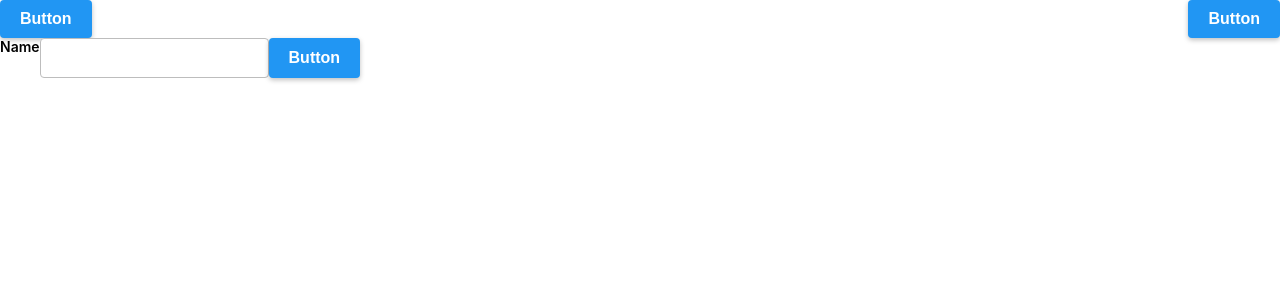
Repository: roistyx/react
Page: /layouts (app in layouts-app/)
These files come from the project's save history. The page is drawn as it stood at one moment and after the next save; the edit follows.
The browser window is 1280 px wide. The pictures show the whole page.
The project was rebuilt for these pictures with package versions that can differ from the ones it lists, and the page was loaded fresh each time.

Above is the page before, as saved 2023-04-26 22:29:08.

### layouts-app/src/App.js
import React from 'react';
import { Between } from './components/Line';
import { Btn } from './elements/Btn';
import { AlignCenter } from './components/Line';
import MyCustomizedTextField from './elements/TextField';

export default function App() {
	return (
		<div>
			<Between>
				<Btn>Button</Btn>
				<Btn>Button</Btn>
			</Between>
			<AlignCenter>
				<MyCustomizedTextField />
			</AlignCenter>
		</div>
	);
}

### layouts-app/src/components/Line.js
import './Line.css';
import React from 'react';
import { Btn } from '../elements/Btn.js';

export const Line = ({ children, addClass }) => {
	return <div className={`Line ${addClass || ''}`}>{children}</div>;
};

export const Between = (props) => {
	return <Line {...props} addClass="between" />;
};

export const Rows = (props) => {
	return <Line {...props} addClass="rows" />;
};

export const AlignStart = ({ children }) => {
	return <div className="AlignStart">{children}</div>;
};

export const AlignCenter = ({ children }) => {
	return <div className="AlignCenter">{children}</div>;
};

### layouts-app/src/elements/Btn.js
import { Button } from '@mui/material';
import './Btn.css';
export const Btn = ({ children }) => {
	return (
		<button class="Btn">
			<span>{children}</span>{' '}
		</button>
		// <Button variant="contained" color="primary">
		// 	{' '}
		// 	<span>{children}</span>{' '}
		// </Button>
	);
};

### layouts-app/src/elements/TextField.js
import '../elements/TextField.css';
import React from 'react';
import { Btn } from '../elements/Btn.js';
import { TextField } from '@mui/material';

const MyCustomizedTextField = () => {
	return (
		<div>
			<form class="text-field">
				<label for="name">Name</label>
				<input type="text" id="name" name="name" />
				<Btn>Button</Btn>
			</form>
		</div>
	);
};

export default MyCustomizedTextField;

### layouts-app/src/components/Line.css
.Line {
	display: flex;
	gap: var(--gap);
	height: 100%;
	align-items: center;
}

.Line.between {
	justify-content: space-between;
}

.Line.rows {
	flex-direction: column;
	align-items: stretch;
}

.AlignStart {
	align-self: flex-start;
}

.AlignCenter {
	align-self: flex-end;
}

### layouts-app/src/elements/Btn.css
.Btn {
	display: inline-block;
	padding: 10px 20px;
	font-size: 16px;
	font-weight: 600;
	text-align: center;
	text-decoration: none;
	background-color: #2196f3;
	color: #fff;
	border-radius: 4px;
	border: none;
	cursor: pointer;
	box-shadow: 0px 2px 5px rgba(0, 0, 0, 0.25);
	transition: background-color 0.3s ease;
}
.Btn:hover {
	background-color: #0d6ec3;
}

### layouts-app/src/elements/TextField.css
.text-field {
	display: flex;
	flex-direction: row;
	margin-bottom: 20px;
}

.text-field label {
	font-size: 14px;
	font-weight: 600;
	margin-bottom: 5px;
}

.text-field input {
	padding: 10px;
	font-size: 16px;
	border-radius: 4px;
	border: 1px solid #bdbdbd;
	transition: border-color 0.3s ease;
}
.text-field input:focus {
	outline: none;
	border-color: #2196f3;
}

Loaded but not shown: layouts-app/public/index.html (common file); layouts-app/src/index.js (common file); layouts-app/src/index.css (common file); layouts-app/src/reportWebVitals.js (common file)

After the next save:
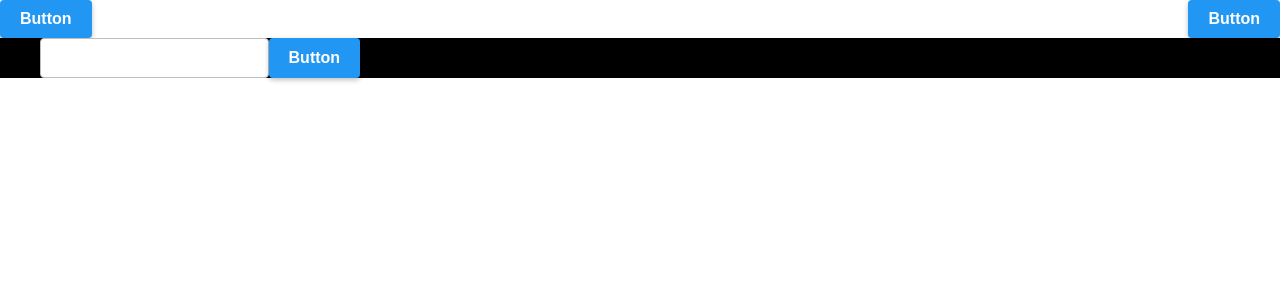
Saved 37 s later.
--- a/layouts-app/src/components/Line.css
+++ b/layouts-app/src/components/Line.css
@@ -20,4 +20,5 @@
 
 .AlignCenter {
 	align-self: flex-end;
+	background-color: black;
 }

After the 2 saves that followed:
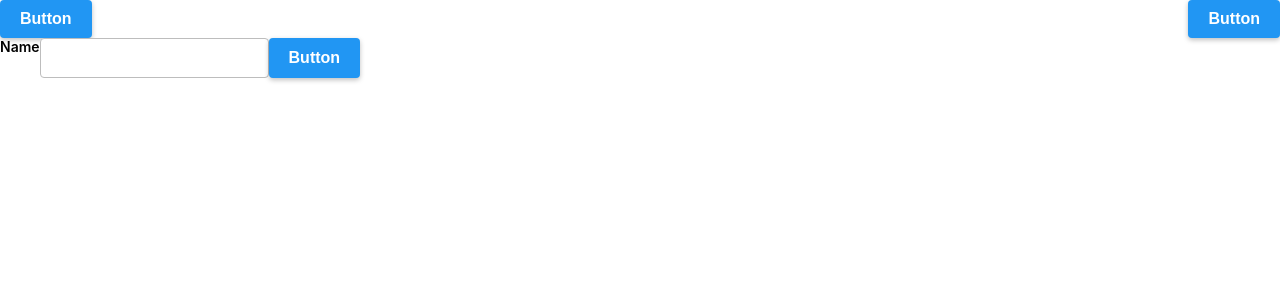
The 2 saves are shown as one change because 1 left the picture as it was.
The last was saved 3 min 30 s later.
--- a/layouts-app/src/App.js
+++ b/layouts-app/src/App.js
@@ -1,7 +1,7 @@
 import React from 'react';
 import { Between } from './components/Line';
 import { Btn } from './elements/Btn';
-import { AlignCenter } from './components/Line';
+import { Rows } from './components/Line';
 import MyCustomizedTextField from './elements/TextField';
 
 export default function App() {
@@ -11,9 +11,9 @@ export default function App() {
 				<Btn>Button</Btn>
 				<Btn>Button</Btn>
 			</Between>
-			<AlignCenter>
+			<Rows>
 				<MyCustomizedTextField />
-			</AlignCenter>
+			</Rows>
 		</div>
 	);
 }
--- a/layouts-app/src/components/Line.css
+++ b/layouts-app/src/components/Line.css
@@ -19,6 +19,6 @@
 }
 
 .AlignCenter {
-	align-self: flex-end;
+	align-items: center;
 	background-color: black;
 }
